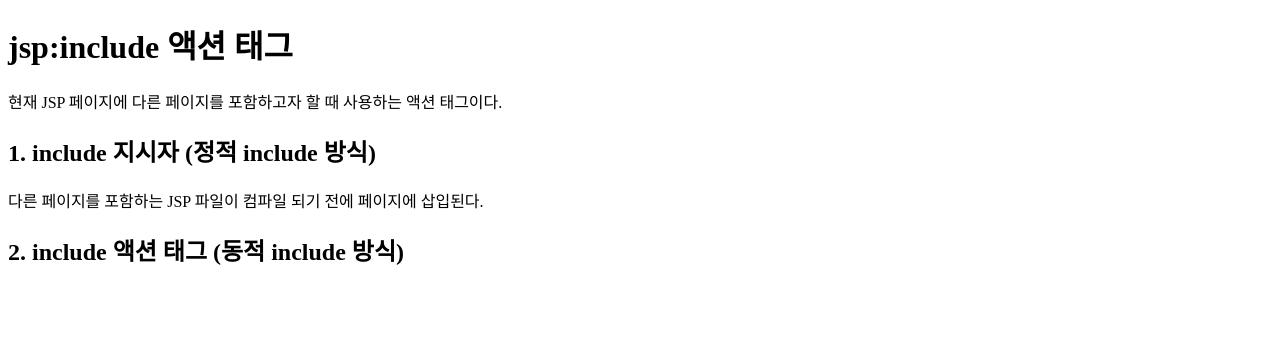
Repository: Parknogyung/Backend
Page: http://localhost/03_EL_JSTL/views/actiontag/standard/include.jsp
An editor plug-in stored every save of this project. The page is shown before and after the next save, followed by the edit.
The browser window is 1280 px wide. The pictures show the whole page.
The page is served by Tomcat 9.

Above is the page before, as saved 2022-07-13 01:05:19.

After the next save:
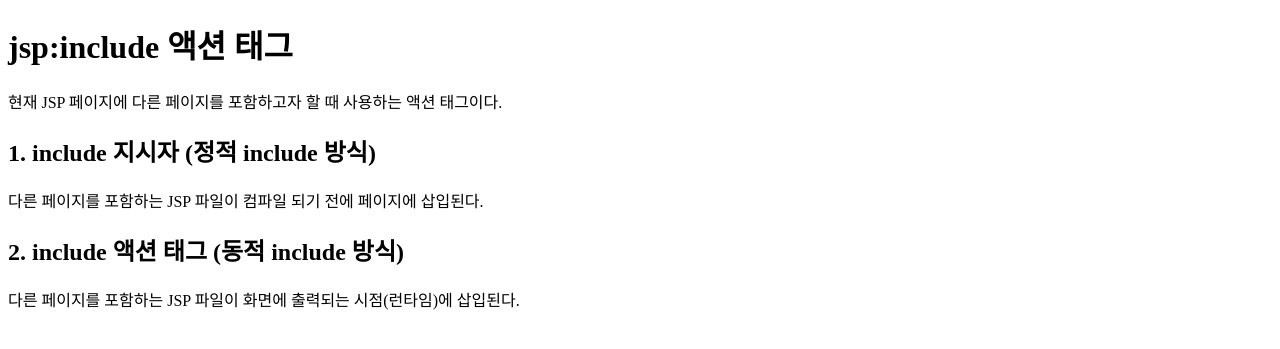
Saved 54 s later.
--- a/03_EL_JSTL/src/main/webapp/views/actiontag/standard/include.jsp
+++ b/03_EL_JSTL/src/main/webapp/views/actiontag/standard/include.jsp
@@ -28,6 +28,9 @@
 	--%>
 
 	<h2>2. include 액션 태그 (동적 include 방식)</h2>
+	<p>
+		다른 페이지를 포함하는 JSP 파일이 화면에 출력되는 시점(런타임)에 삽입된다.
+	</p>
 
 </body>
 </html>
